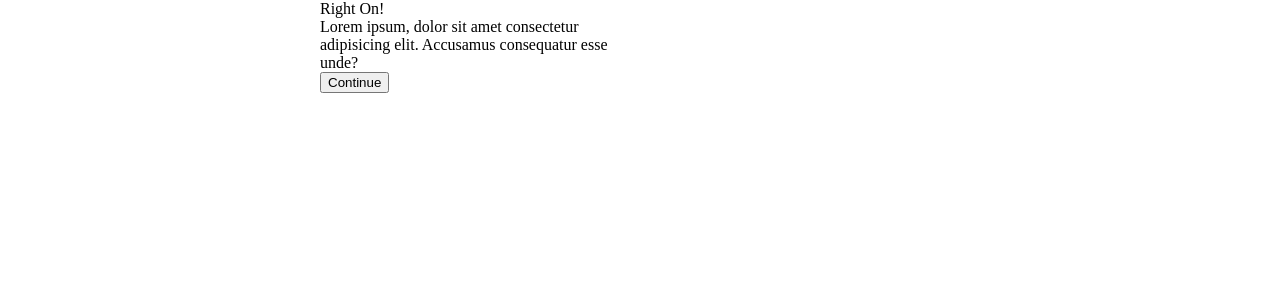
Repository: giahuy405/flash_message_BEM
Page: index.html
The author's editor kept a copy of each file at every save. The page is drawn from the files as they stood at one save, then again after the next save.
The browser window is 1280 px wide. The pictures show the whole page.

Above is the page before, as saved 2022-09-06 02:06:03.

### index.html
<!DOCTYPE html>
<html lang="en">
<head>
    <meta charset="UTF-8">
    <meta http-equiv="X-UA-Compatible" content="IE=edge">
    <meta name="viewport" content="width=device-width, initial-scale=1.0">
    <title>Document</title>
    <link rel="stylesheet" href="css/index.css">
</head>
<body>
        <!--
        code về phần flash message và áp dụng BEM Block Element Modifier
        Ví dụ :
        Laptop là Block ( 1 khối lớn )

        Thì các Element ( thành phần ) sẽ là : keyboard, mouse, screen, touch-pad
        Block Element : Laptop__keyboard, Laptop__mouse....

        Modifer ( biến thể khác ) sẽ là : loại của chúng như to, nhỏ, hãng,...
        Block Modifier : Laptop--big, Laptop--small,
        Block Element Modifier : Laptop__keyboard--apple , Laptop__touch-pad--smooth,...
    -->
        <!-- Block: flash message
        Element: img, title, desc (description), button
        Modifier: primary, secondary

        Block 1 & block 2
        flash-message
        flash-message__img, flash-message__title, flash-message__desc, flash-message__button

        Block 1: flash-message__title--primary -->


        <div class="container">
            <div class="flash-message">
                <div class="flash-message__img">

                </div>
                <div class="flash-message__title">
                    Right On!
                </div>
                <div class="flash-message__desc">
                    Lorem ipsum, dolor sit amet consectetur adipisicing elit. Accusamus consequatur esse unde?
                </div>
                <button class="flash-message__button">Continue</button>
            </div>
            <div class="flash-message">

            </div>
             <div class="clear"></div>
        </div>

</body>
</html>

### css/index.css
*{
    box-sizing: border-box;
}
body{
    padding: 0;
    margin: 0;
}
.clear{
    clear: both;
}
.container{
    width: 50%;
    margin: 0 auto;
}
.flash-message{
    float: left;
    width: 50%;
}

After the next save:
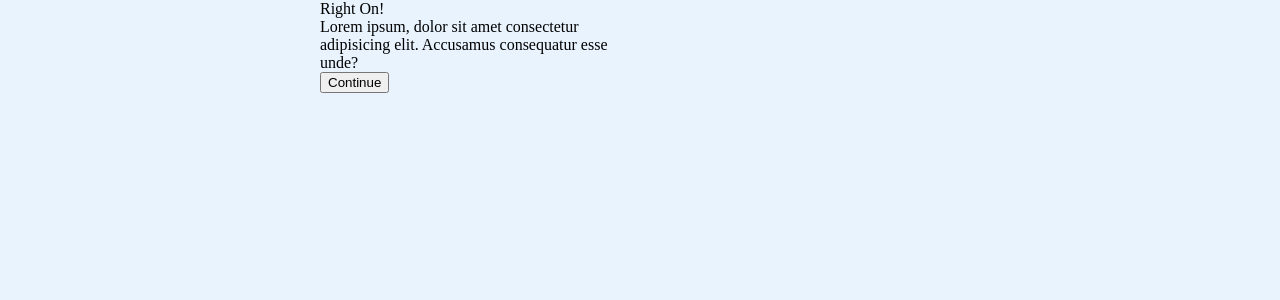
Saved 64 s later.
--- a/css/index.css
+++ b/css/index.css
@@ -4,6 +4,7 @@
 body{
     padding: 0;
     margin: 0;
+    background-color: #e8f3fe;
 }
 .clear{
     clear: both;
